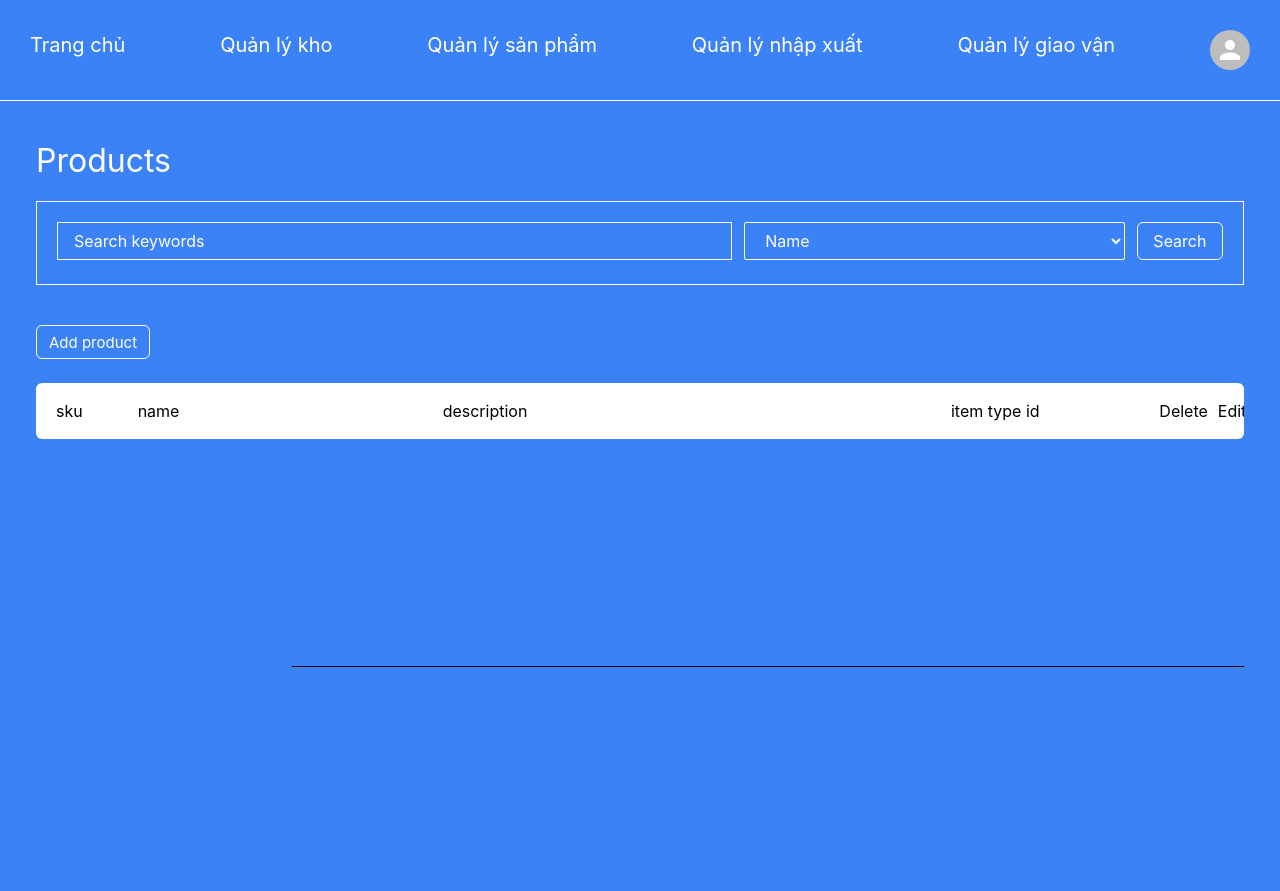
Repository: Kiendz3202/warehouse-management
Page: /products-management
The author's editor kept a copy of each file at every save. The page is drawn from the files as they stood at one save, then again after the next save.
The browser window is 1280 px wide. The pictures show the whole page.
The page's requests for data from a server got no answer. The project was rebuilt for these pictures with package versions that can differ from the ones it lists, and the page was loaded fresh each time. Some packages were replaced by stand-ins written for this rebuild. The framework's server and built-in components were replaced by stand-ins that run in the browser. No one was signed in, and anything a server would have sent is missing. Also part of the build but not shown: next.config.js, components/UI/Modal.js, components/UI/Loading.js, components/Item/ItemWarehouse.js, components/Pagination/Pagination.js, components/Item/ItemProduct.js.

Above is the page before, as saved 2022-07-26 16:57:48.

### pages/_app.js
import '../styles/globals.css'
import Layout from '../components/Layout/Layout'
import { useRouter } from 'next/router'
import { Provider } from 'react-redux'
import store from '../store/store'

function MyApp({ Component, pageProps }) {

  const router = useRouter()
  if (router.pathname === '/login') {
    return <Component {...pageProps} />
  } else {
    return (
      <Provider store={store}>
        <Layout>
          <Component {...pageProps} />
        </Layout>
      </Provider>
    )
  }
}

export default MyApp

### pages/_document.js
import Document, { Html, Head, Main, NextScript } from 'next/document'

class MyDocument extends Document {
    static async getInitialProps(ctx) {
        const originalRenderPage = ctx.renderPage

        // Run the React rendering logic synchronously
        ctx.renderPage = () =>
            originalRenderPage({
                // Useful for wrapping the whole react tree
                enhanceApp: (App) => App,
                // Useful for wrapping in a per-page basis
                enhanceComponent: (Component) => Component,
            })

        // Run the parent `getInitialProps`, it now includes the custom `renderPage`
        const initialProps = await Document.getInitialProps(ctx)

        return initialProps
    }

    render() {
        return (
            <Html>
                <Head />
                <body>
                    <Main />
                    <NextScript />
                    <div id='modal-root'></div>
                </body>
            </Html>
        )
    }
}

export default MyDocument

### pages/products-management/index.js
import { useRouter } from 'next/router'
import React from 'react'
import SearchForm from '../../components/SearchForm.js/SearchForm'
import Head from 'next/head'
import ProductList from '../../components/list/ProductList'

function ProductsManagement() {

    const router = useRouter()
    return (
        <div className='bg-blue-500 w-full h-full min-h-screen   p-[36px]'>
            <Head>
                <title>products-management</title>
                <meta name="description" content="Generated by create next app" />
                <link rel="icon" href="/favicon.ico" />
            </Head>
            <div className='text-white '>
                <div className='text-[32px] mb-[16px]'>Products</div>
                <div className='mb-[40px]'>
                    <SearchForm />
                </div>
                <div className='mb-[24px]'>
                    <button onClick={() => router.push('/products-management/add-product')} className='text-[15px] block bg-transparent hover:opacity-80 border border-white cursor-pointer rounded-md min-w-[110px] h-[34px] px-[12px] py-[6px]'>Add product</button>
                </div>
            </div>
            <div>
                <ProductList />
            </div>
            <div className='fixed bottom-0 left-[292px] right-[36px] h-[54px] border-t border-black'>
                {/* <Save /> */}
            </div>
        </div>
    )
}

export default ProductsManagement

### components/Layout/Layout.js
import React from 'react'
import Header from '../Header/Header'

function Layout({ children }) {
    return (
        <div>
            <div className=" max-w-[1536px] mx-auto pb-[70px] bg-blue-500 text-white">
                <Header />
                <main className=''>
                    {children}
                </main>
            </div>
        </div>
    )
}

export default Layout

### store/store.js
import { configureStore } from "@reduxjs/toolkit";
import ProductsSice from "./productsSlice";
import WarehouseSlice from "./warehouseSlice";

const store = configureStore({
    reducer: {
        warehouse: WarehouseSlice.reducer,
        products: ProductsSice.reducer
    }
})

export default store

### components/SearchForm.js/SearchForm.js
import React, { useState, useRef } from 'react'
import { Filter } from '@mui/icons-material';
import KeyboardArrowDown from '@mui/icons-material/KeyboardArrowDown';

function SearchForm() {

    const [active, setActive] = useState(false)
    const [height, setHeight] = useState('0px')
    const [rotate, setRotate] = useState('transform duration-700 ease')
    const contentSpace = useRef(null)

    const expandAndCollapse = () => {
        setActive(active === false ? true : false)
        setHeight(active ? '0px' : `${contentSpace.current.scrollHeight}px`)
        setRotate(active ? 'transform duration-700 ease' : 'transform duration-700 ease rotate-180')
    }

    return (
        // bg-[#323259]
        <div>
            <div className=' border-white border w-full px-[20px] pt-[20px]'>
                <div className='grid grid-cols-12 gap-3 h-[62px] text-white '>
                    <div className=' col-span-7 '>
                        <input className='w-full border border-white h-[38px] py-[7px] px-[16px] outline-none bg-transparent text-white placeholder-white ' placeholder='Search keywords' type='text' />
                    </div>
                    <div className='col-span-4 flex '>
                        <select id='selectType' defaultValue='Name' className='w-full h-[38px] py-[7px] px-[16px] border border-white outline-none bg-transparent rounded-sm'>
                            <option value='anycategory' className=' text-black'>Name</option>
                            <option value='description' className=' text-black'>Description</option>
                            <option value='location' className=' text-black'>Location</option>
                        </select>
                    </div>
                    {/* <div className='col-span-3'>
                        <select defaultValue='anystock' className=' w-full h-[38px] py-[7px] px-[16px] outline-none bg-transparent border border-white rounded-sm'>
                            <option value="anystock">Any stock status</option>
                            <option value="instock">In stock</option>
                            <option value="lowstock">Low Stock</option>
                            <option value="sold">SOLD</option>
                        </select>
                    </div> */}
                    <div className='col-span-1 h-[38px] text-center hover:opacity-80 rounded-md px-[12px] py-[6px] bg-transparent border border-white cursor-pointer'>
                        <button className='text-white ' >Search</button>
                    </div>
                </div>
                {/* <div className={`flex relative transition-maxHeight duration-700 ease-in-out overflow-hidden`} ref={contentSpace} style={{ maxHeight: `${height}` }}>
                    <div className=' absolute top-[-20px] h-[1px] bg-[#1b1b38] w-[1191px] left-[-20px] '></div>
                    <div className='flex  mr-[40px]'>
                        <div className='mr-[15px]'>Search in:</div>
                        <div className='ml-[10px]'>
                            <ul>
                                <li>
                                    <input type='checkbox' id='name' />
                                    <label htmlFor='name'>Name</label>
                                </li>
                                <li>
                                    <input type='checkbox' id='sku' />
                                    <label htmlFor='sku'>SKU</label>
                                </li>
                                <li className='mb-[8px]'>
                                    <input type='checkbox' id='fulldescription' />
                                    <label htmlFor='fulldescription'>Full Description</label>
                                </li>
                            </ul>
                        </div>
                    </div>
                    <div className='flex mt-[20px] mr-[40px]'>
                        <div className='mr-[15px]'>Availability</div>
                        <div>
                            <select className='w-full h-[38px] py-[7px] px-[16px] outline-none bg-transparent border border-white rounded-sm'>
                                <option value="">Any Availability Status</option>
                                <option value="">Only Enabled</option>
                                <option value="">Only Disabled</option>
                            </select>
                        </div>
                    </div>
                    <div className='flex mt-[20px]'>
                        <div className='mr-[15px]'>Vendor</div>
                        <div>
                            <input className='w-full h-[38px] py-[7px] px-[16px] outline-none bg-transparent border border-white rounded-sm' type='text' />
                        </div>
                    </div>
                </div> */}
            </div>
            {/* <div className='flex justify-center'>
                <div onClick={expandAndCollapse} className=' w-[50px]  text-center cursor-pointer'>
                    <KeyboardArrowDown className={`h-fullr transition-transform ${rotate}`} />
                </div>
            </div> */}
        </div>
    )
}

export default SearchForm

### components/list/ProductList.js
import React, { useEffect, useState } from 'react'
import Delete from '@mui/icons-material/Delete';
import CircularProgress from '@mui/material/CircularProgress';
import Box from '@mui/material/Box';
import InboxIcon from '@mui/icons-material/Inbox';
import ItemWarehouse from '../Item/ItemWarehouse';
import Pagination from '../Pagination/Pagination';
import { useDispatch, useSelector } from 'react-redux';
import { productsSliceActions } from '../../store/productsSlice';
import ItemProduct from '../Item/ItemProduct';


function ProductList() {
    const productsData = useSelector((state) => state.products.products)
    // const [warehouseList, setWarehouseList] = useState(warehouseData)

    const dispatch = useDispatch()


    useEffect(() => {
        const fetchProduct = async () => {
            try {
                const response = await fetch(' https://scm-tool.thanhpp.ninja/item')
                if (!response) {
                    throw new Error('somethign wrong');
                    return;
                }
                const data = await response.json()
                dispatch(productsSliceActions.saveProducts({
                    data: data.data
                }))
                // setWarehouseList(data)
                console.log(data.data)
            } catch (err) {
                console.log('fetch wrong')
            }
        }

        fetchProduct()
    }, [])

    const removeHandle = () => {

    }
    return (
        //bg-[#323259]
        <div className='bg-white rounded-md'>
            <div className='grid grid-cols-12 gap-3 text-black'>
                <div className='flex items-center col-span-1 my-[16px]'>
                    {/* <input type='checkbox' className='mr-[10px] leading-[24px] ml-[20px]' /> */}
                    <span className='mr-[10px] leading-[24px] ml-[20px]' >sku</span>
                </div>
                <div className=' col-span-3 my-auto   truncate'>name</div>
                <div className=' col-span-5 my-auto truncate'>description</div>
                <div className=' col-span-2 my-auto truncate'>item type id</div>
                <div className=' col-span-1 my-auto pl-[5px] flex justify-between truncate'>
                    <span className=' mr-[10px] rounded-sm'>Delete</span>
                    <span className=' mr-[10px] rounded-sm'>Edit</span>
                </div>
            </div>
            {/* {pagination.currentData ? pagination.currentData.map((item) => <ProductItem isSelectedAll={isSelectedAll} key={item.id} id={item.id} sku={item.sku} name={item.name} category={item.category} price={item.price} amount={item.amount} vendor={item.vendor} arrivalDate={item.arrivalDate} />) : <Box sx={{ display: 'flex' }}> */}
            {productsData.map(product => <ItemProduct id={product.sku} sku={product.sku} key={product.sku} images={product.images} name={product.name} itemTypeId={product.item_type_id} desc={product.desc} />)}
            {/* <CircularProgress /> */}
            {/* </Box>} */}
            {/* <Pagination getNumberPerPage={numberPerPageHandle} pageCount={pagination.pageCount} onPageChange={handleClick} /> */}
            {/* <Pagination /> */}
        </div>
    )
}

export default ProductList

### components/Header/Header.js
import React from 'react'
import { Avatar } from '@mui/material'
import Link from 'next/link'

function Header() {
    return (
        <div className=' flex justify-between px-[30px] py-[30px] text-[20px] border-b border-white'>
            <div><Link href='/'><span className=' cursor-pointer hover:opacity-80'>Trang chủ</span></Link></div>
            <div><Link href='/warehouse-management'><span className=' cursor-pointer hover:opacity-80'>Quản lý kho</span></Link></div>
            <div><Link href='/products-management'><span className=' cursor-pointer hover:opacity-80'>Quản lý sản phẩm</span></Link></div>
            <div><Link href='/io-management'><span className=' cursor-pointer hover:opacity-80'>Quản lý nhập xuất</span></Link></div>
            <div><span className=' cursor-pointer hover:opacity-80'>Quản lý giao vận</span></div>
            <div><span className=' cursor-pointer'><Avatar /></span></div>
        </div>
    )
}

export default Header

### store/productsSlice.js
import { createSlice } from "@reduxjs/toolkit";


const ProductsSice = createSlice({
    name: 'products',
    initialState: { products: [] },
    reducers: {
        saveProducts(state, action) {
            state.products = action.payload.data
        },
    }
})

export const productsSliceActions = ProductsSice.actions
export default ProductsSice

### store/warehouseSlice.js
import { createSlice } from "@reduxjs/toolkit";


const WarehouseSlice = createSlice({
    name: 'warehouse',
    initialState: { warehouse: [] },
    reducers: {
        saveWarehouse(state, action) {
            state.warehouse = action.payload.data
        }
    }
})

export const warehouseSliceActions = WarehouseSlice.actions
export default WarehouseSlice

### tailwind.config.js
module.exports = {
  content: [
    "./pages/**/*.{js,ts,jsx,tsx}",
    "./components/**/*.{js,ts,jsx,tsx}",
  ],
  theme: {
    extend: {
      boxShadow: {
        'shadowCustom': 'rgba(0, 0, 0, 0.16) 0px 3px 6px, rgba(0, 0, 0, 0.23) 0px 3px 6px',
      }
    },
  },
  plugins: [],
}

Loaded but not shown: styles/globals.css (common file)

After the next save:
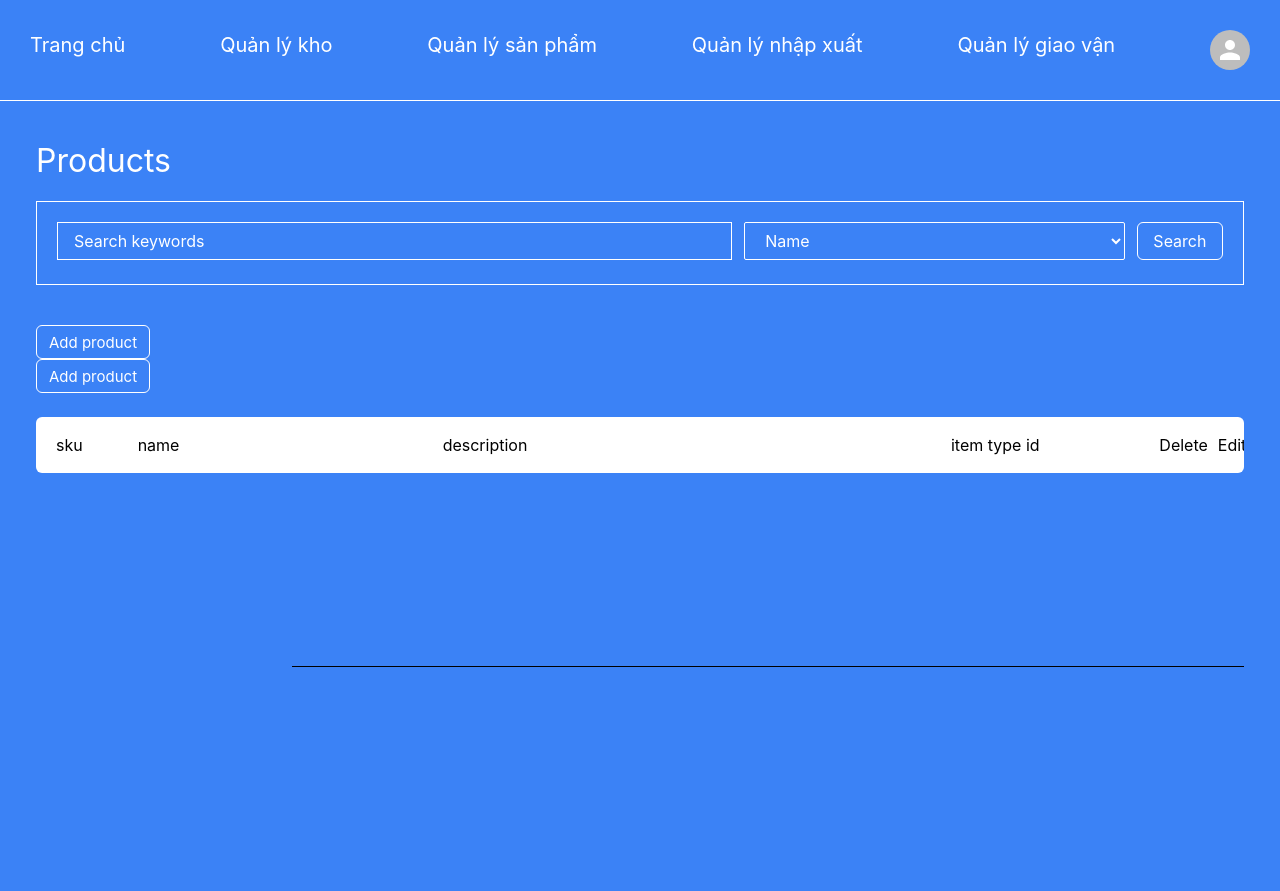
Saved 42 min 55 s later.
--- a/pages/products-management/index.js
+++ b/pages/products-management/index.js
@@ -21,6 +21,7 @@ function ProductsManagement() {
                 </div>
                 <div className='mb-[24px]'>
                     <button onClick={() => router.push('/products-management/add-product')} className='text-[15px] block bg-transparent hover:opacity-80 border border-white cursor-pointer rounded-md min-w-[110px] h-[34px] px-[12px] py-[6px]'>Add product</button>
+                    <button onClick={() => router.push('/products-management/add-product')} className='text-[15px] block bg-transparent hover:opacity-80 border border-white cursor-pointer rounded-md min-w-[110px] h-[34px] px-[12px] py-[6px]'>Add product</button>
                 </div>
             </div>
             <div>
